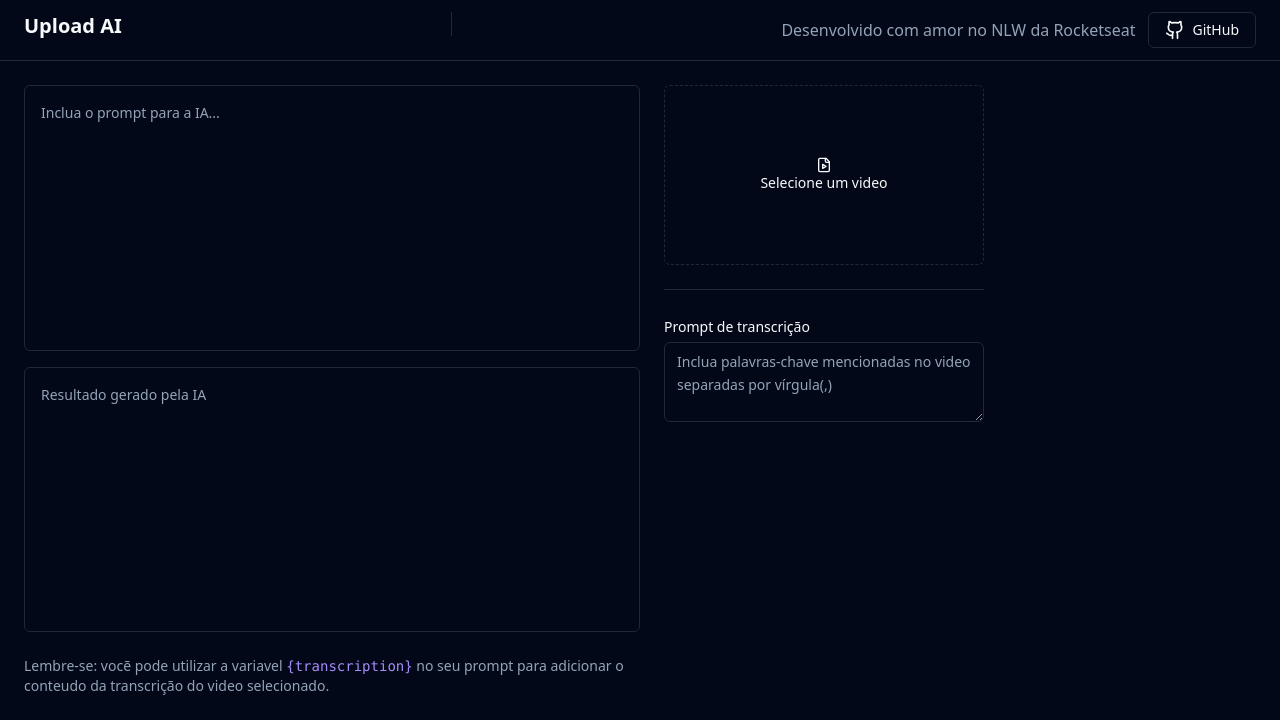
Repository: brksaian/nlw-2023-IA
Page: /
An editor plug-in stored every save of this project. The page is shown before and after the next save, followed by the edit.
The browser window is 1280 px wide. The pictures show the whole page.
The project was rebuilt for these pictures with package versions that can differ from the ones it lists, and the page was loaded fresh each time. Also part of the build but not shown: vite.config.ts.

Above is the page before, as saved 2023-09-12 22:33:36.

After the next save:
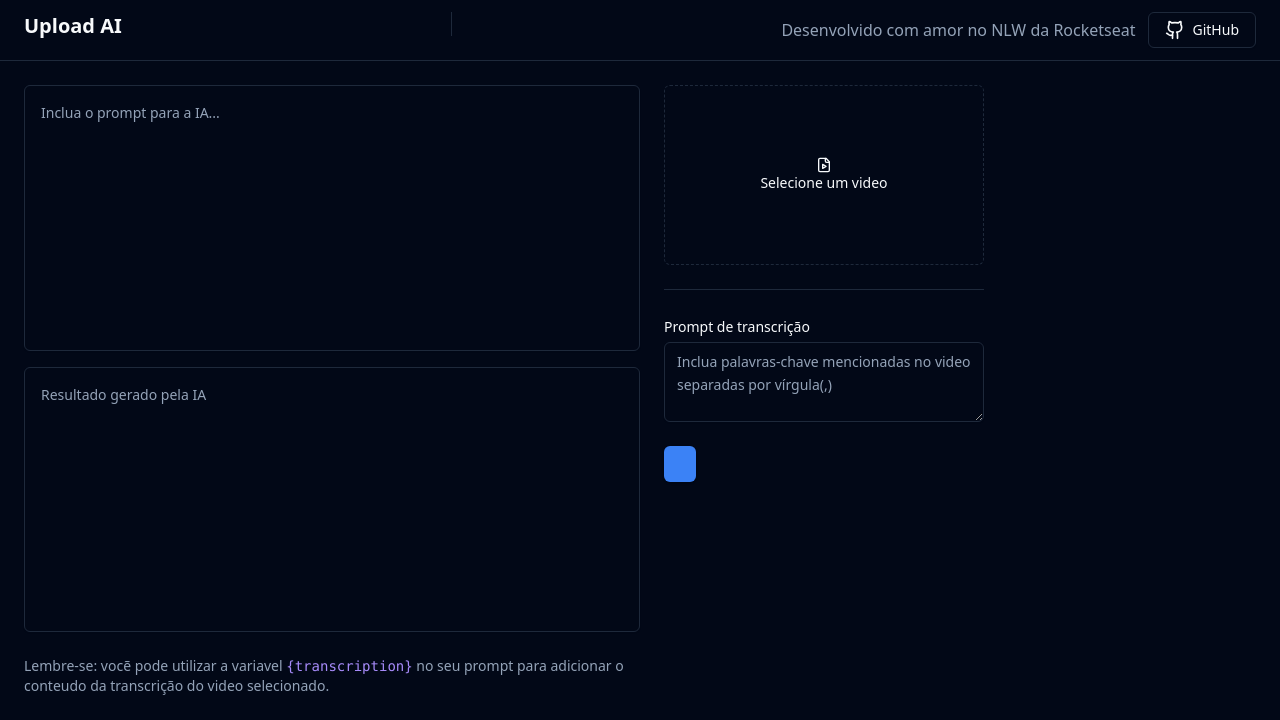
Saved 64 s later.
--- a/src/App.tsx
+++ b/src/App.tsx
@@ -71,6 +71,8 @@ export function App() {
                 className="min-h-20 leading-relaxed"
               />
             </div>
+
+            <Button></Button>
           </form>
         </aside>
       </main>
